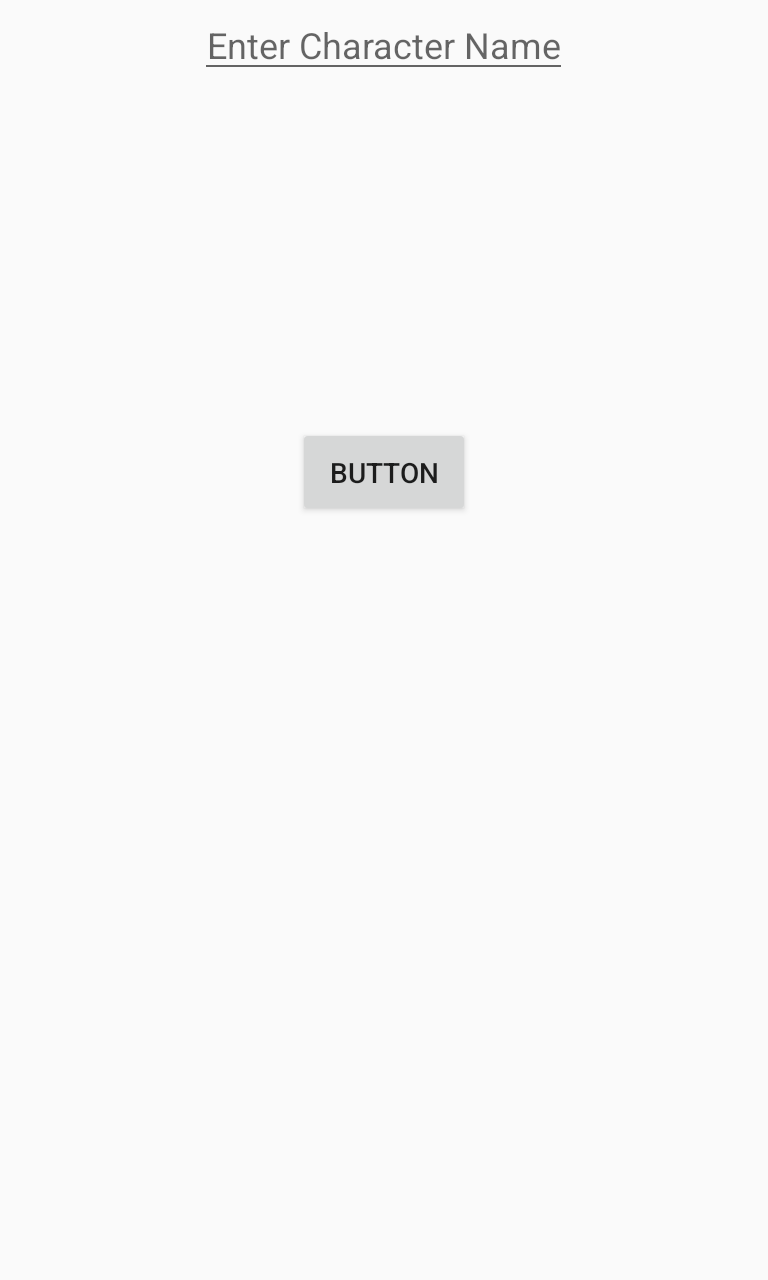
Repository: Vortelf/DnDAndroid
Layout: BuildApp/DnD/res/layout/activity_random_char.xml
The author's editor kept a copy of each file at every save. The layout is drawn from the files as they stood at one save, then again after the next save.
It is drawn on a 768 x 1280 px phone screen (xhdpi) without system bars, with theme AppTheme; the app's code is not run.

Above is the layout before, as saved 2014-11-09 07:32:24.

After the next save:
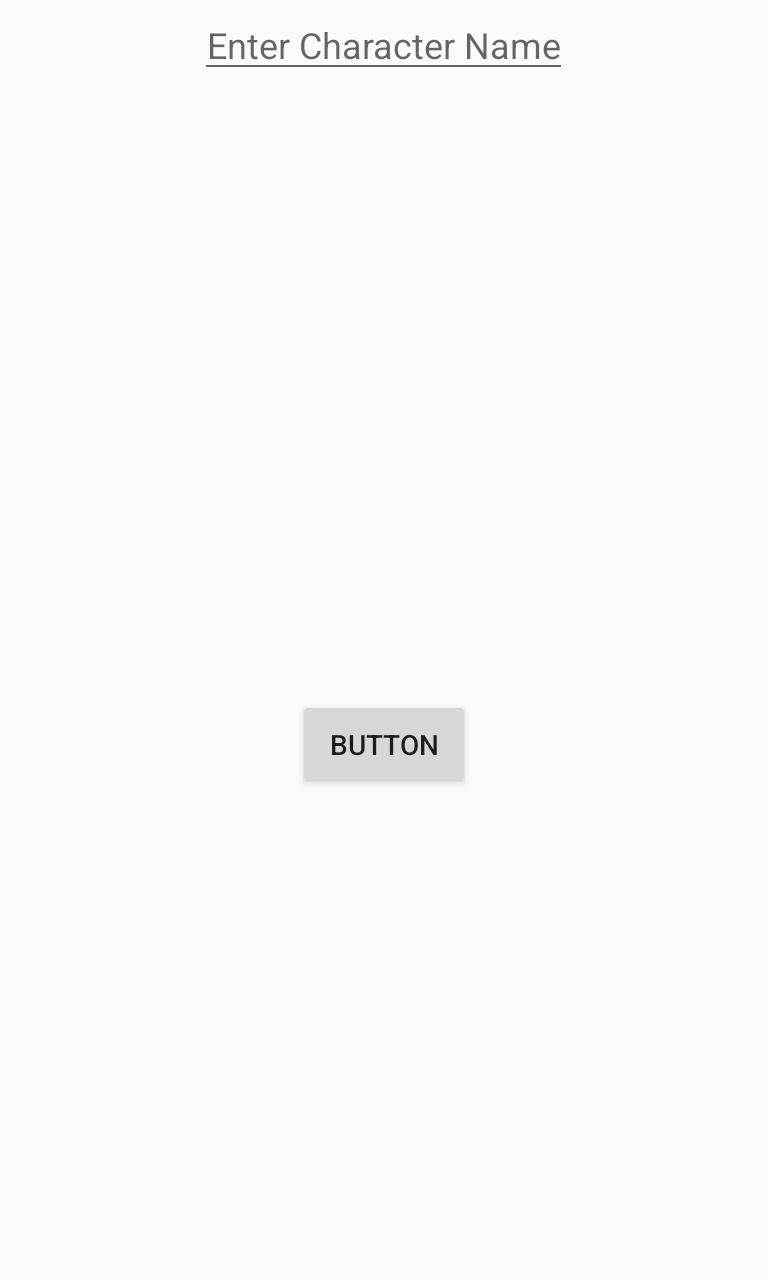
Saved 6 s later.
--- a/BuildApp/DnD/res/layout/activity_random_char.xml
+++ b/BuildApp/DnD/res/layout/activity_random_char.xml
@@ -134,7 +134,7 @@
 	        android:id="@+id/Roller"
 	        android:layout_width="wrap_content"
 	        android:layout_height="wrap_content"
-	        android:layout_below="@id/id/CharSkillsHolder"
+	        android:layout_below="@id/CharSkillsHolder"
 	        android:layout_centerHorizontal="true"
 	        android:layout_marginTop="104dp"
 	        android:text=""
